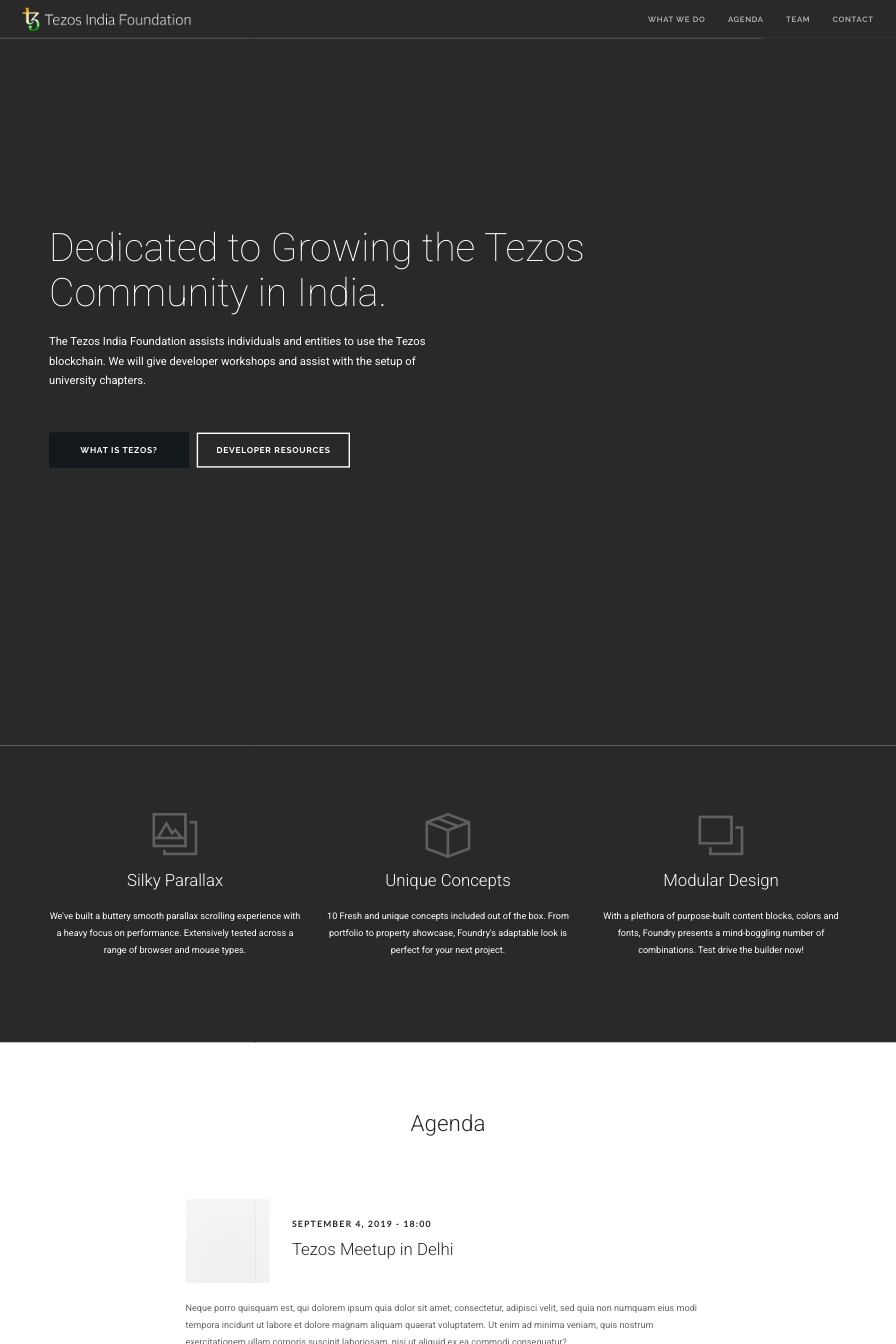
Repository: Tezos-India-Foundation/TIF-Website
Page: Tezos India Website/page.html
These files come from the project's save history. The page is drawn as it stood at one moment and after the next save; the edit follows.
The browser window is 1280 px wide. The pictures show the part of the page from y = 0 to 1920 px (the page is 3849 px tall), at 70% of full size.
A picture or video elsewhere on the page could not be fetched, so the positions and the page height are approximate.

Above is the page before, as saved 2019-08-13 03:00:58.

After the next save:
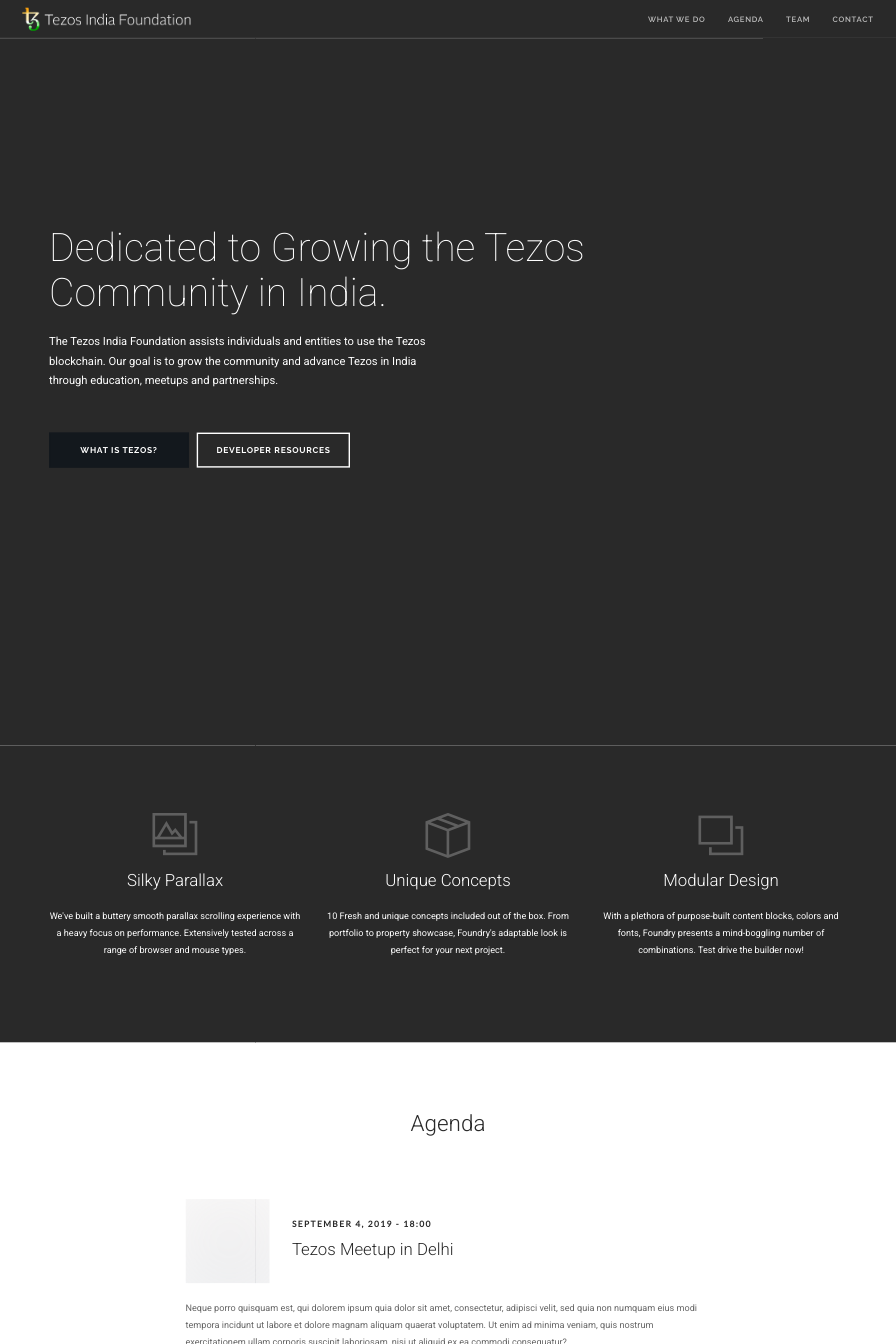
Saved 7 min 21 s later.
--- a/Tezos India Website/page.html
+++ b/Tezos India Website/page.html
@@ -106,8 +106,10 @@
 				<div class="row mb40 mb-xs-0">
 					<div class="col-md-6 col-sm-8">
 						<p class="lead">The Tezos India Foundation assists individuals and
-							entities to use the Tezos blockchain. We will give developer workshops and assist with the setup of university
-							chapters.&nbsp;</p>
+							entities to use the Tezos blockchain. Our goal is to grow
+							the community and advance Tezos in India through education, meetups and
+							partnerships.
+							&nbsp;</p>
 					</div>
 				</div>
 
